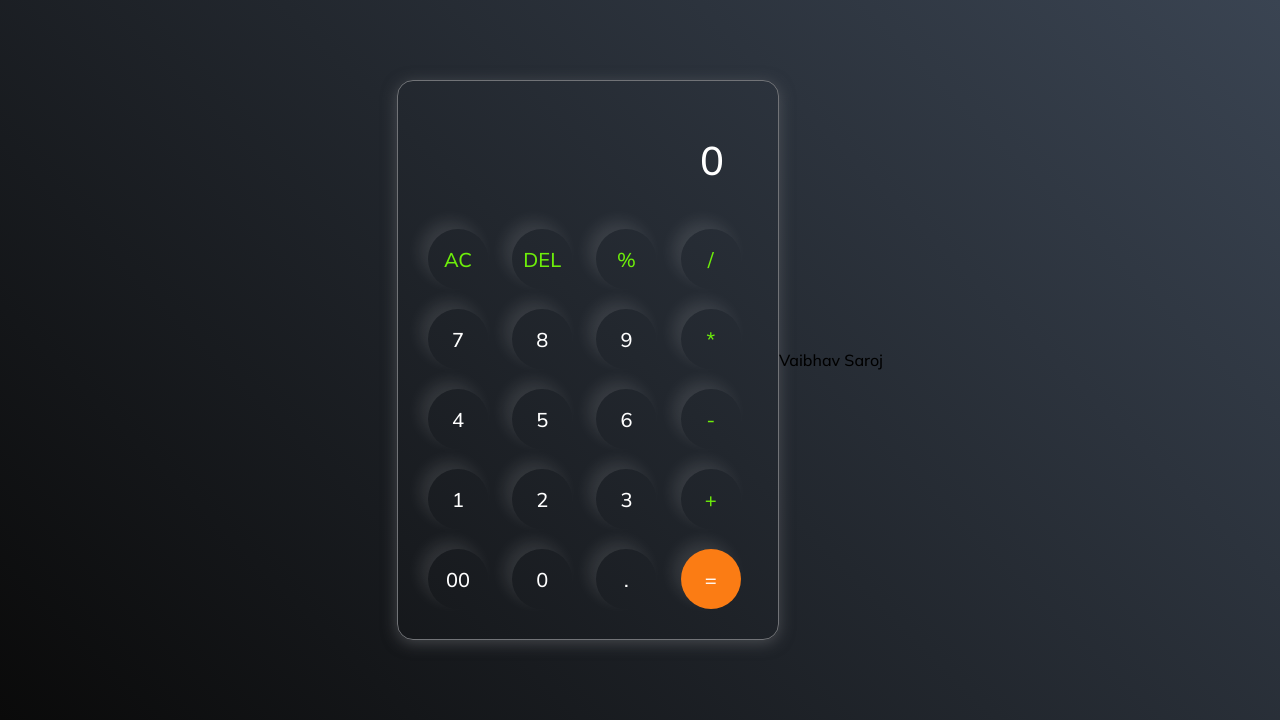
Repository: vaibhav1281/Calculator
Page: index.html
These files come from the project's save history. The page is drawn as it stood at one moment and after the next save; the edit follows.
The browser window is 1280 px wide. The pictures show the whole page.

Above is the page before, as saved 2023-05-06 20:43:15.

### index.html
<!DOCTYPE html>
<html lang="en">
<head>
    <meta charset="UTF-8">
    <meta http-equiv="X-UA-Compatible" content="IE=edge">
    <meta name="viewport" content="width=device-width, initial-scale=1.0">
    <title>Calculator - By Vaibhav Saroj</title>
    <link rel="stylesheet" href="styles.css">
</head>
<body>
    <div class="calcurator">
        <input type="text" placeholder="0" id="inputBox">
        <div>
            <button class="operator">AC</button>
            <button class="operator">DEL</button>
            <button class="operator">%</button>
            <button class="operator">/</button>
        </div>
        <div>
            <button>7</button>
            <button>8</button>
            <button>9</button>
            <button class="operator">*</button>
        </div>
        <div>
            <button>4</button>
            <button>5</button>
            <button>6</button>
            <button class="operator">-</button>
        </div>
        <div>
            <button>1</button>
            <button>2</button>
            <button>3</button>
            <button class="operator">+</button>
        </div>
        <div>
            <button>00</button>
            <button>0</button>
            <button>.</button>
            <button class="equalBtn">=</button>
        </div>
    </div>

    <div class="name">Vaibhav Saroj</div>
    <script src="index.js"></script>
</body>
</html>

### styles.css
@import url('https://fonts.googleapis.com/css2?family=Be+Vietnam+Pro:wght@100&family=Mulish:wght@500&display=swap');

*{
    margin: 0;
    padding: 0;
    box-sizing: border-box;
    font-family: 'Be Vietnam Pro', sans-serif;
    font-family: 'Mulish', sans-serif;
}
body{
    width: 100%;
    height: 100vh;
    display: flex;
    justify-content: center; /* It's move horizontally*/
    align-items: center; /*It's move vertically*/
    background: linear-gradient(45deg , #0a0a0a ,#3a4452);
}
.calcurator{
    border: 1px solid #717377;
    padding: 20px;
    border-radius: 16px;
    background-color: transparent;
    box-shadow: 0px 3px 15px rgba(113, 115, 119, 0.5);
}
input{
    width: 320px;
    border: none;
    padding: 24px;
    margin: 10px;
    background: transparent;
    box-shadow: 0px 3px 15px rgbs(84, 84, 84, 0.1);
    font-size: 40px;
    text-align: right;
    cursor: pointer;
    color: #ffffff;
}
input::placeholder{
    color: #ffffff;
}
button{
    border: none;
    width: 60px;
    height: 60px;
    margin: 10px;
    border-radius: 50%;
    background: transparent;
    color: #ffffff;
    font-size: 20px;
    box-shadow: -8px -8px 15px rgba(255, 255, 255, 0.1);
    cursor: pointer;
}
.equalBtn{
    background-color: #fb7c14;
}
.operator{
    color: #6dee0a;
}

### index.js
let input = document.getElementById('inputBox');
let buttons = document.querySelectorAll('button');

let string = "";
let arr = Array.from(buttons);
arr.forEach(button => {
    button.addEventListener('click', (e) =>{
        if(e.target.innerHTML == '='){
            string = eval(string);
            input.value = string;
        }

        else if(e.target.innerHTML == 'AC'){
            string = "";
            input.value = string;
        }
        else if(e.target.innerHTML == 'DEL'){
            string = string.substring(0, string.length-1);
            input.value = string;
        }
        else{
            string += e.target.innerHTML;
            input.value = string;
        }

    })
})

After the next save:
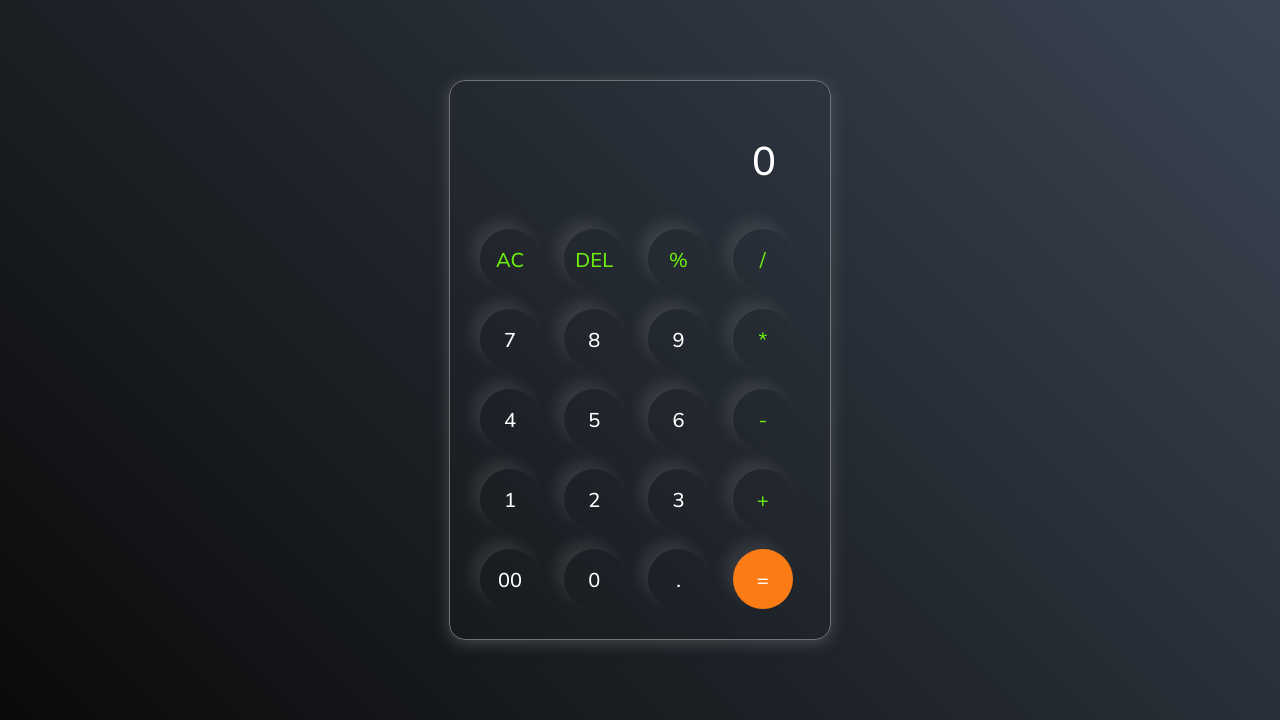
Saved 9 s later.
--- a/index.html
+++ b/index.html
@@ -42,7 +42,7 @@
         </div>
     </div>
 
-    <div class="name">Vaibhav Saroj</div>
+
     <script src="index.js"></script>
 </body>
 </html>
